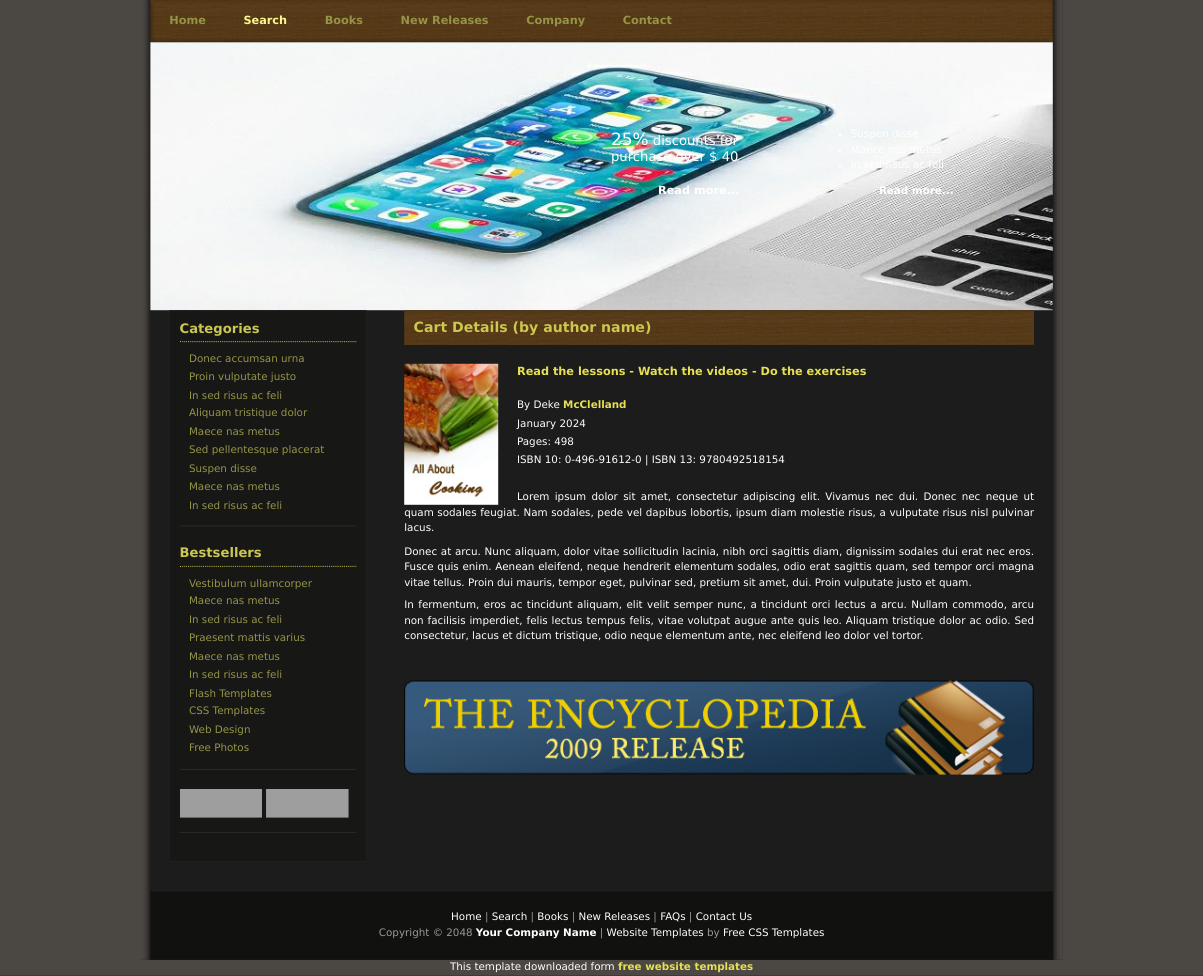
Repository: priyankamergu/MyAllProjects
Page: http://localhost/OnlineShopping/addToCart.jsp
The author's editor kept a copy of each file at every save. The page is drawn from the files as they stood at one save, then again after a run of saves.
The browser window is 1280 px wide. The pictures show the whole page, at 94% of full size.
Pictures or frames that could not be fetched are drawn as grey boxes. The page is served by Tomcat 9.

Above is the page before, as saved 2019-11-21 06:06:50.

After the next 2 saves:
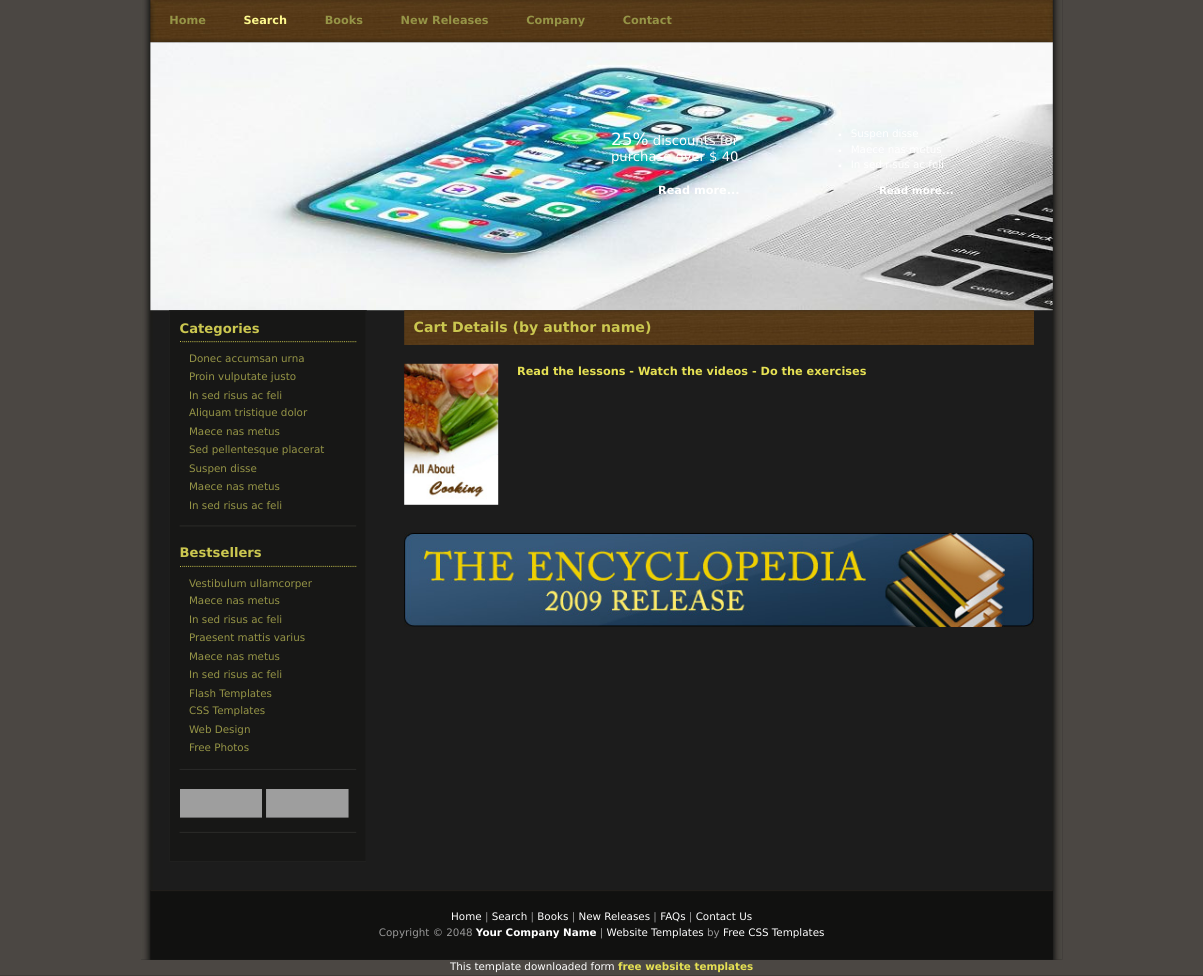
The 2 saves are shown as one change because they came seconds apart.
The last was saved 80 s later.
--- a/Workspace_JEE7_WEB/OnlineShopping/WebContent/addToCart.jsp
+++ b/Workspace_JEE7_WEB/OnlineShopping/WebContent/addToCart.jsp
@@ -85,18 +85,9 @@
             <h1>Cart Details <span>(by author name)</span></h1>
             <div class="image_panel"><img src="images/templatemo_image_02.jpg" alt="CSS Template" width="100" height="150" /></div>
           <h2>Read the lessons - Watch the videos - Do the exercises</h2>
-            <ul>
-	            <li>By Deke <a href="#">McClelland</a></li>
-            	<li>January 2024</li>
-                <li>Pages: 498</li>
-                <li>ISBN 10: 0-496-91612-0 | ISBN 13: 9780492518154</li>
-            </ul>
 
-            <p>Lorem ipsum dolor sit amet, consectetur adipiscing elit. Vivamus nec dui. Donec nec neque ut quam sodales feugiat. Nam sodales, pede vel dapibus lobortis, ipsum diam molestie risus, a vulputate risus nisl pulvinar lacus.</p>
 
-			<p>Donec at arcu. Nunc aliquam, dolor vitae sollicitudin lacinia, nibh orci sagittis diam, dignissim sodales dui erat nec eros. Fusce quis enim. Aenean eleifend, neque hendrerit elementum sodales, odio erat sagittis quam, sed tempor orci magna vitae tellus. Proin dui mauris, tempor eget, pulvinar sed, pretium sit amet, dui. Proin vulputate justo et quam.</p>
 
-			<p>In fermentum, eros ac tincidunt aliquam, elit velit semper nunc, a tincidunt orci lectus a arcu. Nullam commodo, arcu non facilisis imperdiet, felis lectus tempus felis, vitae volutpat augue ante quis leo. Aliquam tristique dolor ac odio. Sed consectetur, lacus et dictum tristique, odio neque elementum ante, nec eleifend leo dolor vel tortor.</p>
 
              <div class="cleaner_with_height">&nbsp;</div>
 
